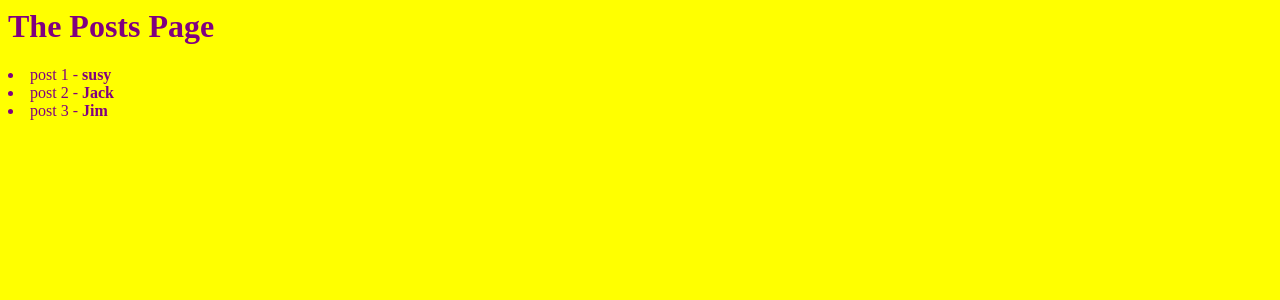
Repository: jbell0385/sandbox
Page: http://localhost/posts
The author's editor kept a record of every edit. The page is drawn from the files as they stood at one moment, then again after the next edit.
The browser window is 1280 px wide. The pictures show the whole page.
The page is served by the project's Node server (MoreExpress/EJSDemo/app.js).

Above is the page before.

### webdevbootcamp/workspace/MoreExpress/EJSDemo/views/posts.ejs
<!==posts[{title:string,author:string}] ==>
<html>
    <head>
        <title>Posts</title>
    </head>
    <body>
        <h1>The Posts Page</h1>

        <%posts.forEach((post,index)=>{%>
            <li><%=post["title"]%> - <strong><%=post["author"] %></strong></li>
        <%})%>
    </body>
</html>

<link rel="stylesheet" href="app.css">

### webdevbootcamp/workspace/MoreExpress/EJSDemo/app.js
var express = require("express");
var app = express();

app.set("view engine", "ejs");
app.use(express.static("public"));

//Routes
app.get("/", (req,res)=>{
    res.render("home");
})

app.get("/fallinlovewith/:thing", (req,res)=>{
    var thing = req.params.thing;
    res.render("love", {thingVar: thing});
})

app.get("/posts", (req,res)=>{
    var posts = [
        {title:"post 1", author: "susy"},
        {title:"post 2", author: "Jack"},
        {title:"post 3", author: "Jim"}
    ];

    res.render("posts",{posts:posts});
})

app.listen(process.env.PORT, process.env.IP, function(){
    console.log("Server started");
})

### webdevbootcamp/workspace/MoreExpress/EJSDemo/public/app.css
body{
    background:yellow;
    color:purple;
}

### webdevbootcamp/workspace/MoreExpress/EJSDemo/views/partials/header.ejs
<html>
    <head>
        <title>Posts</title>
        <link rel="stylesheet" href="/app.css">
    </head>
    <body>

### webdevbootcamp/workspace/MoreExpress/EJSDemo/views/partials/footer.ejs
        <p>Trademark 2018</p>
    </body>
</html>

After the next edit:
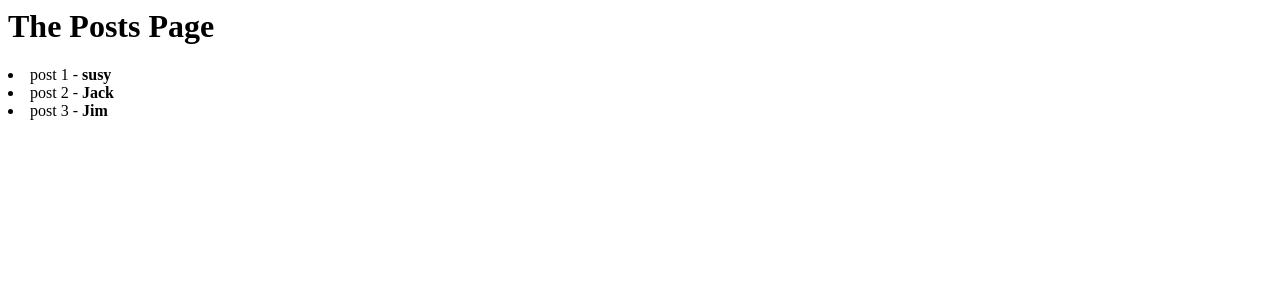
The edit:
--- a/webdevbootcamp/workspace/MoreExpress/EJSDemo/views/posts.ejs
+++ b/webdevbootcamp/workspace/MoreExpress/EJSDemo/views/posts.ejs
@@ -11,5 +11,3 @@
         <%})%>
     </body>
 </html>
-
-<link rel="stylesheet" href="app.css">

After the 5 edits that followed:
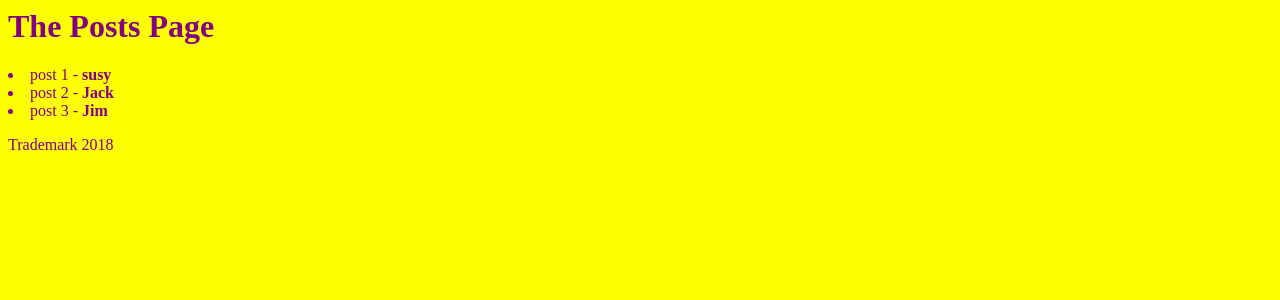
The 5 edits are shown as one change because 4 did not build or start.
The edit:
--- a/webdevbootcamp/workspace/MoreExpress/EJSDemo/views/posts.ejs
+++ b/webdevbootcamp/workspace/MoreExpress/EJSDemo/views/posts.ejs
@@ -1,13 +1,11 @@
 <!==posts[{title:string,author:string}] ==>
-<html>
-    <head>
-        <title>Posts</title>
-    </head>
-    <body>
-        <h1>The Posts Page</h1>
 
-        <%posts.forEach((post,index)=>{%>
-            <li><%=post["title"]%> - <strong><%=post["author"] %></strong></li>
-        <%})%>
-    </body>
-</html>
+<% include partials/header %>
+
+<h1>The Posts Page</h1>
+
+<%posts.forEach((post,index)=>{%>
+    <li><%=post["title"]%> - <strong><%=post["author"] %></strong></li>
+<%})%>
+
+<% include partials/footer %>
